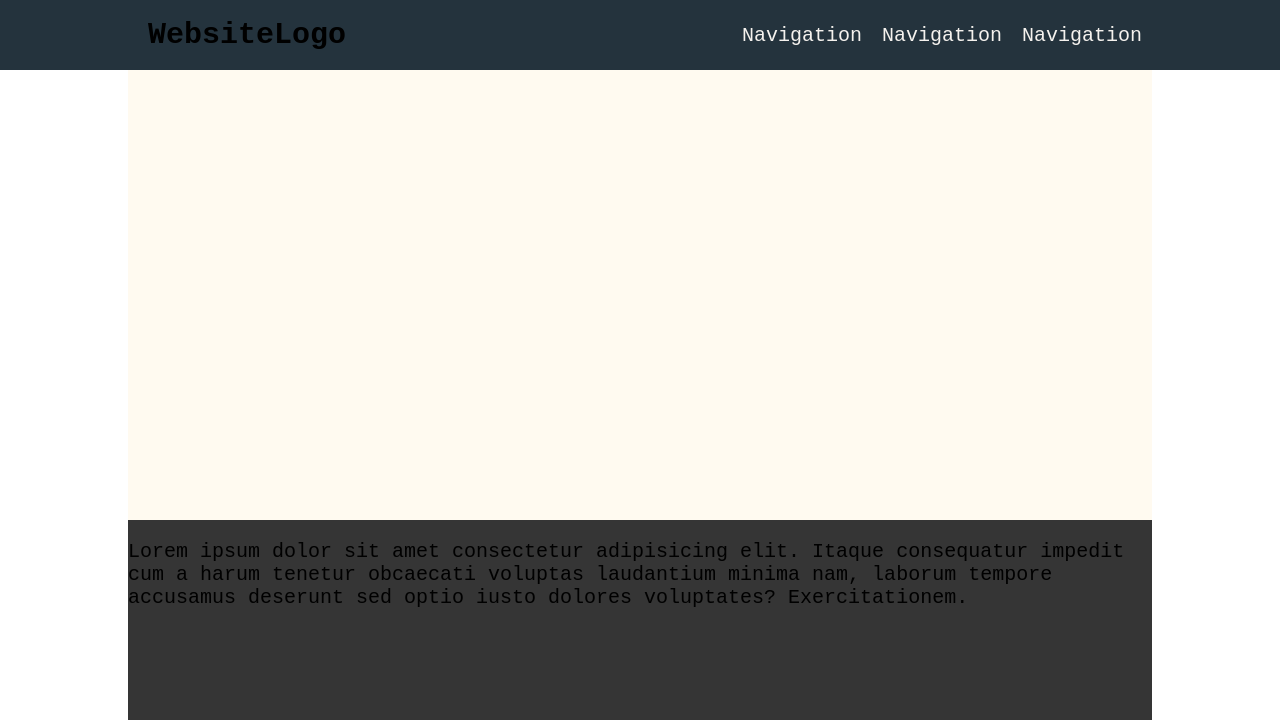
Repository: piotrokrutniak/Projekt-Studia
Page: index.html
The author's editor kept a copy of each file at every save. The page is drawn from the files as they stood at one save, then again after the next save.
The browser window is 1280 px wide. The pictures show the whole page.

Above is the page before, as saved 2023-03-04 04:06:23.

After the next save:
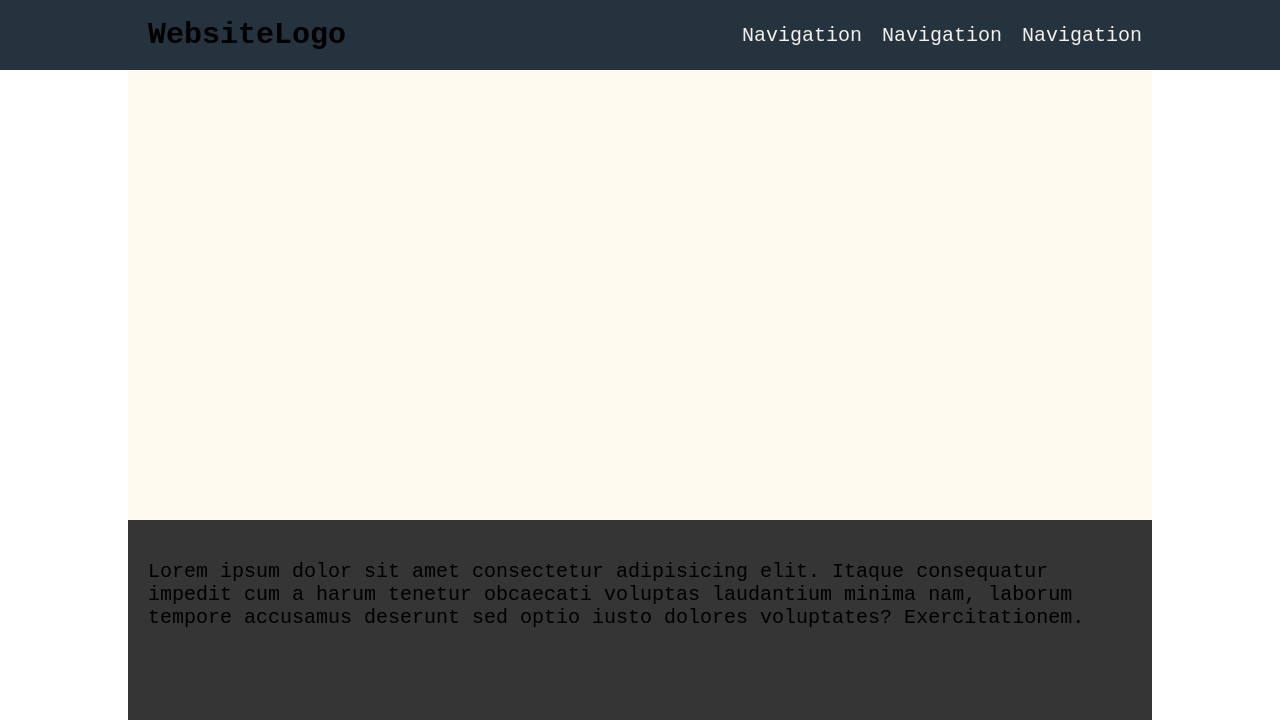
Saved 6 s later.
--- a/index.html
+++ b/index.html
@@ -39,6 +39,8 @@
         <div class="carousel-section">
 
         </div>
+        <div class="text-section">
         Lorem ipsum dolor sit amet consectetur adipisicing elit. Itaque consequatur impedit cum a harum tenetur obcaecati voluptas laudantium minima nam, laborum tempore accusamus deserunt sed optio iusto dolores voluptates? Exercitationem.
+        </div>
     </div>
 </body>
